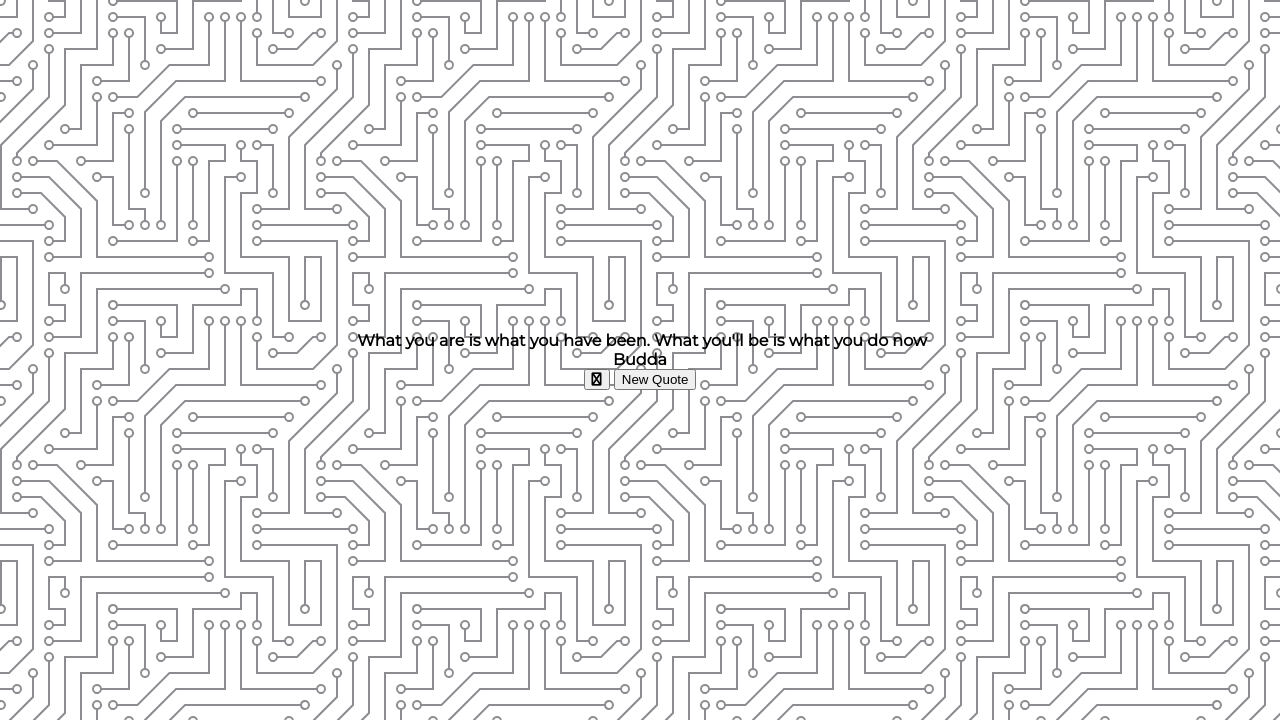
Repository: davidwood3/test-template
Page: .vscode/quote-generator/index.html
These files come from the project's save history. The page is drawn as it stood at one moment and after the next save; the edit follows.
The browser window is 1280 px wide. The pictures show the whole page.
Some icons come from a web library that is not loaded, so they are not drawn. Some web libraries are served in a nearby version.

Above is the page before, as saved 2023-07-25 19:11:24.
Console error: SyntaxError: Unexpected token '<'

After the next save:
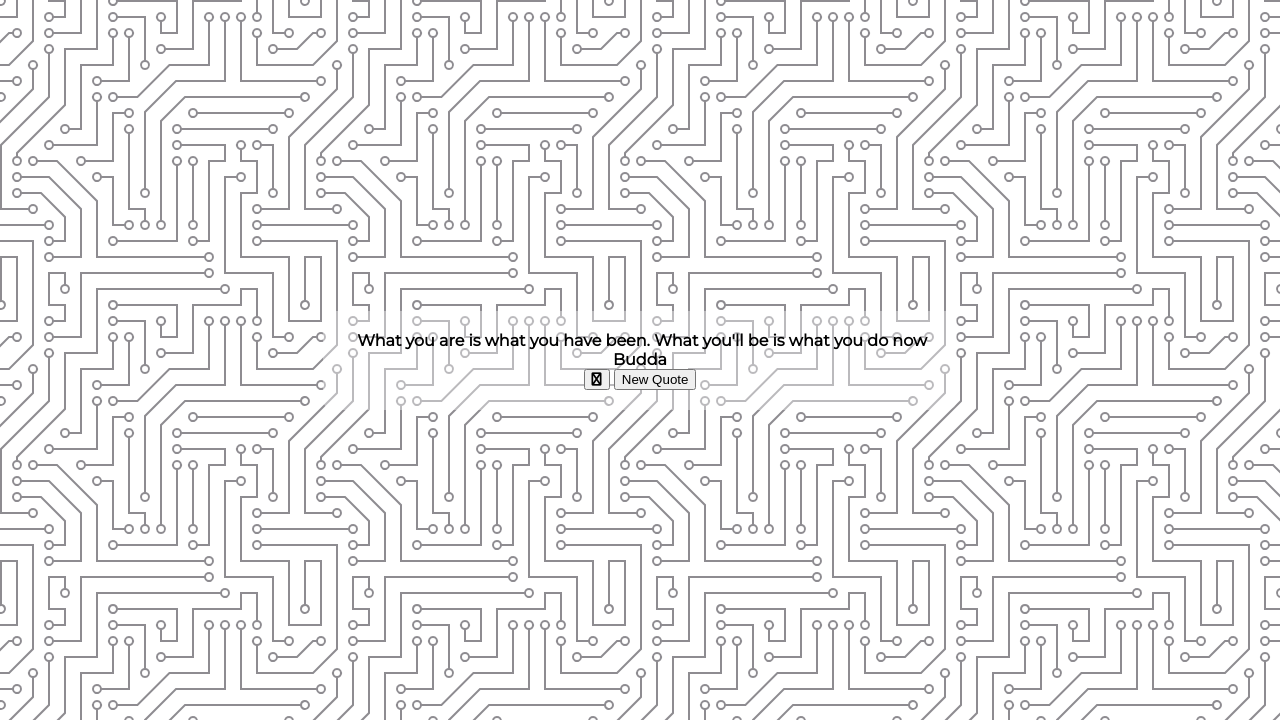
Saved 4 min 39 s later.
--- a/.vscode/quote-generator/style.css
+++ b/.vscode/quote-generator/style.css
@@ -17,3 +17,15 @@ body {
     align-items: center;
     justify-content: center;
 }
+
+.quote-container {
+    width: auto;
+    max-width: 900px;
+    padding: 20px 30px;
+    border-radius: 10px;
+    background-color: rgba(255, 255, 255, 0.4);
+    box-shadow: 0 10px 10px 10px rgba(0, 0, 0, 0);
+}
+
+    )
+    )
